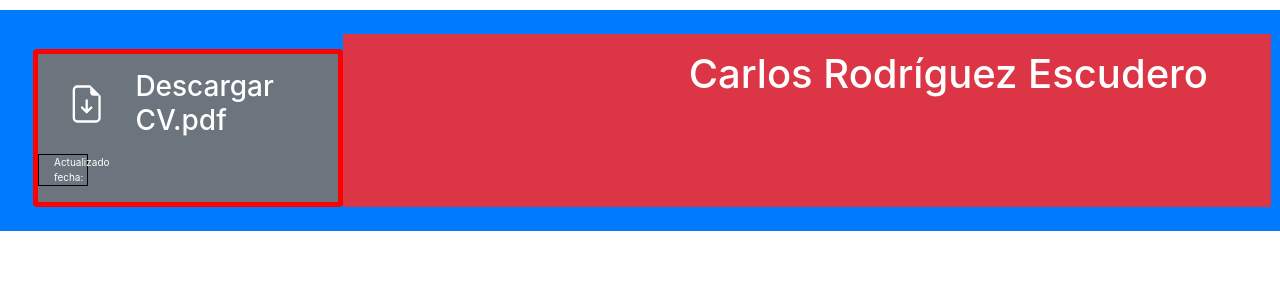
Repository: CarlosRoEs/CarlosWebCV
Page: index.html
An editor plug-in stored every save of this project. The page is shown before and after the next save, followed by the edit.
The browser window is 1280 px wide. The pictures show the whole page.
The style sheet was rebuilt from its Sass, Less or Tailwind sources for each picture, by a compiler version that may differ from the author's.

Above is the page before, as saved 2020-09-15 13:25:01.

### index.html
<!DOCTYPE html>
<html lang="es">

<head>
    <meta charset="UTF-8">
    <meta name="viewport" content="width=device-width, initial-scale=1.0">
    <title>Document</title>
    <link rel="stylesheet" href="bootstrap/css/bootstrap.min.css">
    <link rel="stylesheet" href="Sass/dist/header.css">
</head>

<body>

    <div class="container-fluid">
        <div class="row">
            <header id="header" class="col-12 bg-primary text-white p-4 pl-5">
                <div class="row d-flex flex-row flex-wrap justify-content-start">
                    <div class="col-3 d-flex flex-row flex-wrap">
                        <div class="row">
                            <a href="#" id="a-header" class="col-12 d-flex flex-row flex-wrap rounded bg-secondary">
                                <svg width="100px" height="100px" viewBox="0 0 16 16"
                                    class="bi bi-file-earmark-arrow-down col-3" fill="white"
                                    xmlns="http://www.w3.org/2000/svg">
                                    <path
                                        d="M4 0h5.5v1H4a1 1 0 0 0-1 1v12a1 1 0 0 0 1 1h8a1 1 0 0 0 1-1V4.5h1V14a2 2 0 0 1-2 2H4a2 2 0 0 1-2-2V2a2 2 0 0 1 2-2z" />
                                    <path d="M9.5 3V0L14 4.5h-3A1.5 1.5 0 0 1 9.5 3z" />
                                    <path fill-rule="evenodd"
                                        d="M8 6a.5.5 0 0 1 .5.5v3.793l1.146-1.147a.5.5 0 0 1 .708.708l-2 2a.5.5 0 0 1-.708 0l-2-2a.5.5 0 1 1 .708-.708L7.5 10.293V6.5A.5.5 0 0 1 8 6z" />
                                </svg>
                                <h3 id="h3-header" class="col-9 mt-3 text-left text-white">Descargar CV.pdf</h3>

                                <div class="row">
                                    <p class="col-5 text-white">Actualizado fecha:</p>
                                </div>
                            </a>
                        </div>
                    </div>
                    <div class="col-9 bg-danger d-flex justify-content-end">
                        <h1 class="mt-3 mr-5 align-items-center">Carlos Rodríguez Escudero</h1>
                    </div>
                </div>
            </header>
        </div>

    </div>

    <script type="text/javascript" src="jquery/jquery-3.5.1.min.js"></script>
    <script type="text/javascript" src="bootstrap/js/bootstrap.min.js"></script>
</body>

</html>

### Sass/header.scss
* {
    margin: 0px;
    padding: 0px;
}

#header {
    margin-top: 10px;
    p {
        border: 1px solid black;
    }

    #a-header {
        margin-top: 15px;
        border: 5px solid red;
        font-size: 10px;
    }
}

Loaded but not shown: bootstrap/css/bootstrap.min.css (library); jquery/jquery-3.5.1.min.js (library); bootstrap/js/bootstrap.min.js (library)

After the next save:
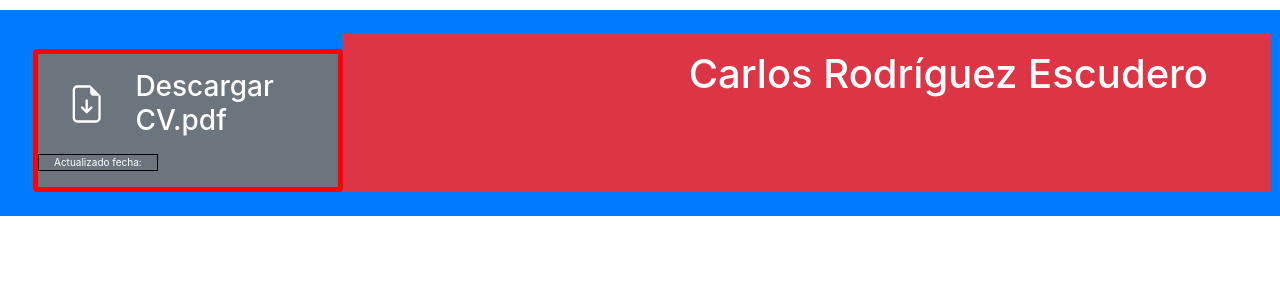
Saved 24 s later.
--- a/index.html
+++ b/index.html
@@ -30,7 +30,7 @@
                                 <h3 id="h3-header" class="col-9 mt-3 text-left text-white">Descargar CV.pdf</h3>
 
                                 <div class="row">
-                                    <p class="col-5 text-white">Actualizado fecha:</p>
+                                    <p class="col-12 text-white">Actualizado fecha:</p>
                                 </div>
                             </a>
                         </div>
